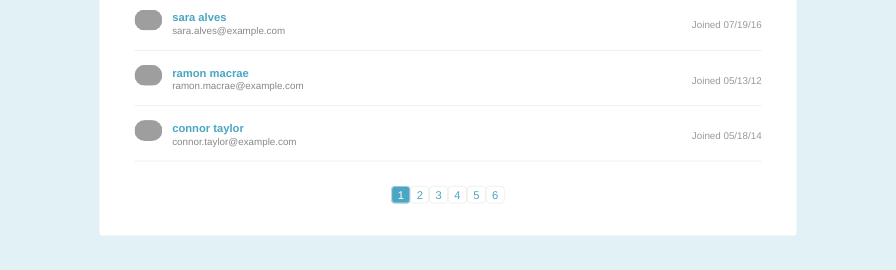
Repository: Lettisu/Unit-Two
Page: index.html
An editor plug-in stored every save of this project. The page is shown before and after the next save, followed by the edit.
The browser window is 1280 px wide. The pictures show the part of the page from y = 682 to 2602 px (the page is 1068 px tall before and 4467 px after), at 70% of full size.
Pictures or frames that could not be fetched are drawn as grey boxes.

Above is the page before, as saved 2019-06-19 13:32:01.

After the next save:
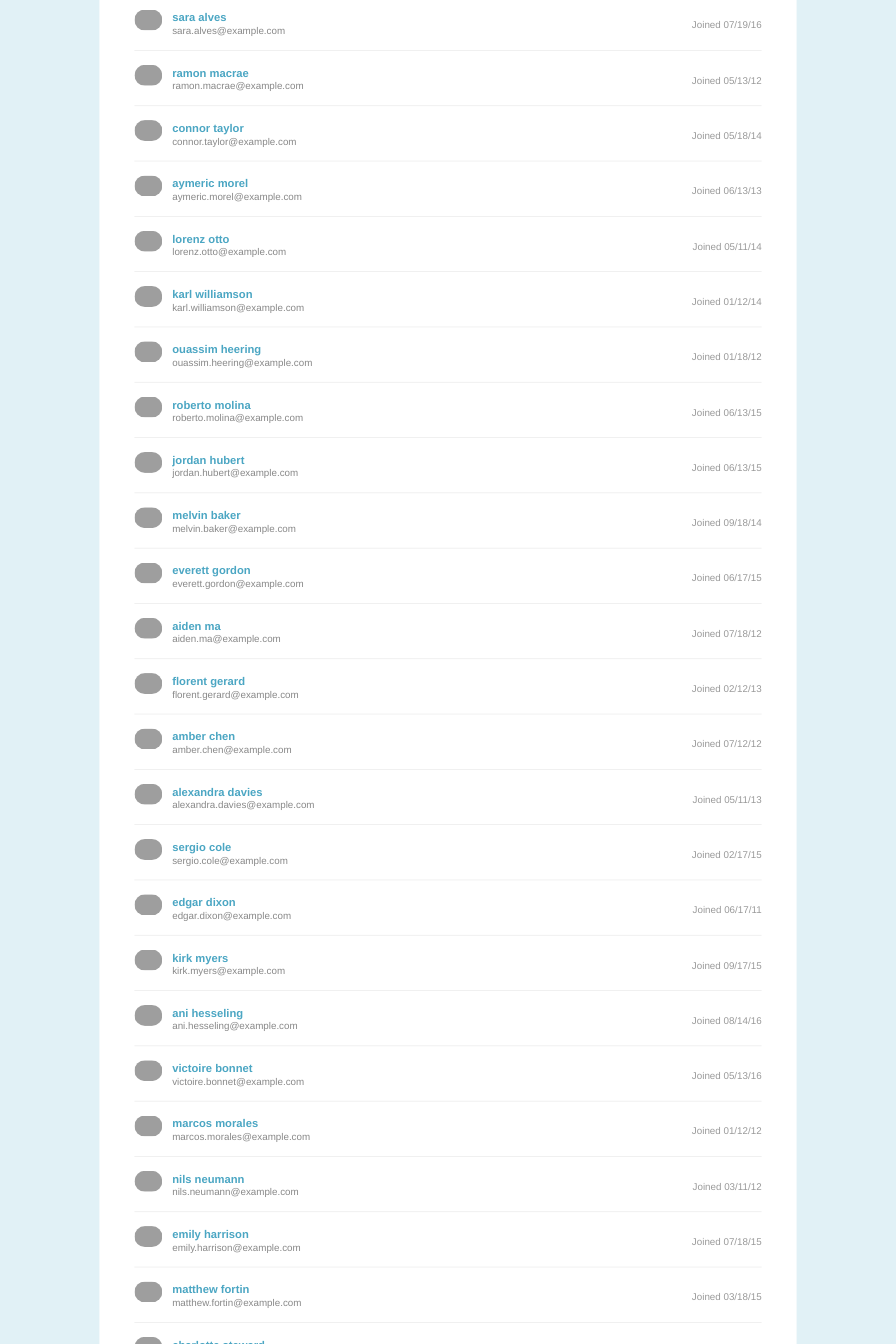
Console error: SyntaxError: Unexpected token ','
Saved 11 min 32 s later.
--- a/js/script.js
+++ b/js/script.js
@@ -96,7 +96,7 @@
          }
          btn.className = "active";
       }
-      showPage(list, e.target.textContent);
+      showPage(, e.target.textContent);
 
    });
 }

After the save that followed:
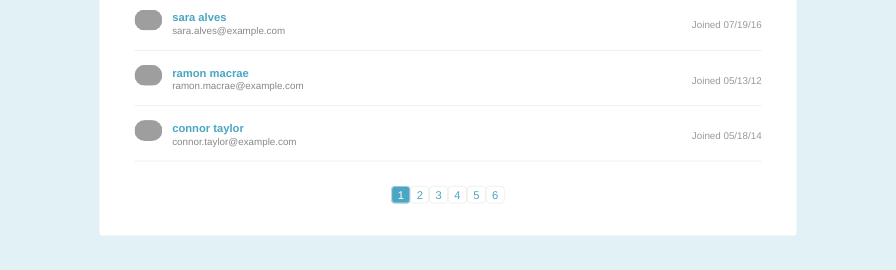
The error is gone.
Saved 6 s later.
--- a/js/script.js
+++ b/js/script.js
@@ -96,7 +96,7 @@
          }
          btn.className = "active";
       }
-      showPage(, e.target.textContent);
+      showPage(theStudents, e.target.textContent);
 
    });
 }
